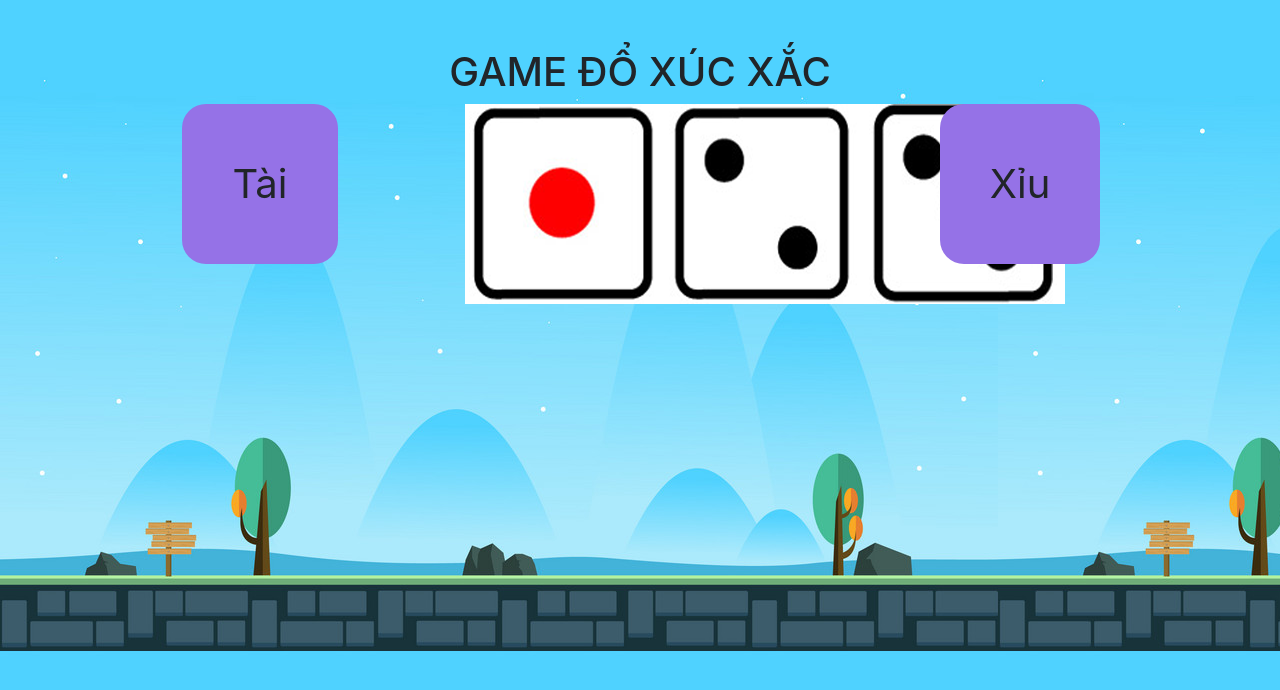
Repository: dovanthao2404/game-xuc-sac
Page: /
The author's editor kept a copy of each file at every save. The page is drawn from the files as they stood at one save, then again after a run of saves.
The browser window is 1280 px wide. The pictures show the whole page.
The project was rebuilt for these pictures with package versions that can differ from the ones it lists, and the page was loaded fresh each time.

Above is the page before, as saved 2021-09-11 13:08:04.

After the next 2 saves:
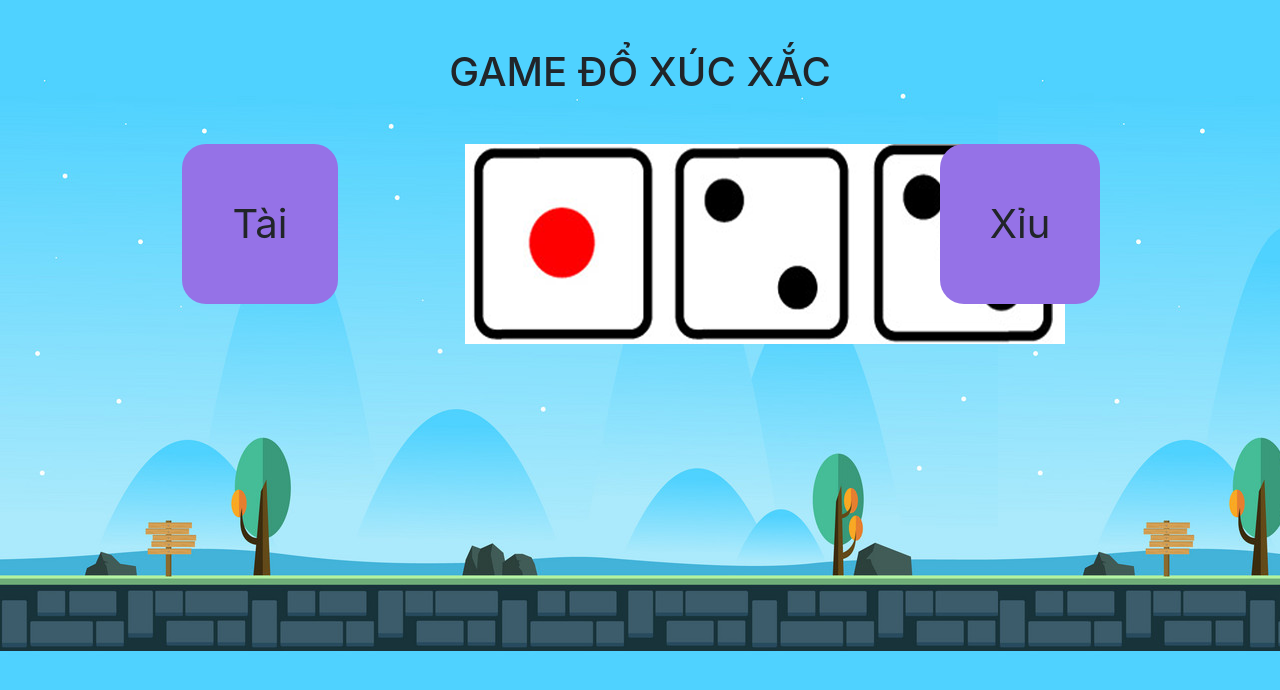
The 2 saves are shown as one change because they came seconds apart.
The last was saved 9 s later.
--- a/src/App.js
+++ b/src/App.js
@@ -3,8 +3,8 @@
 function App() {
   return (
     <div className="main">
-      <div className="container mt-5 mb-5">
-        <div className="title">
+      <div className="container mt-5">
+        <div className="title mb-5">
           <h1 className="text-center">GAME ĐỔ XÚC XẮC</h1>
         </div>
         <div>
